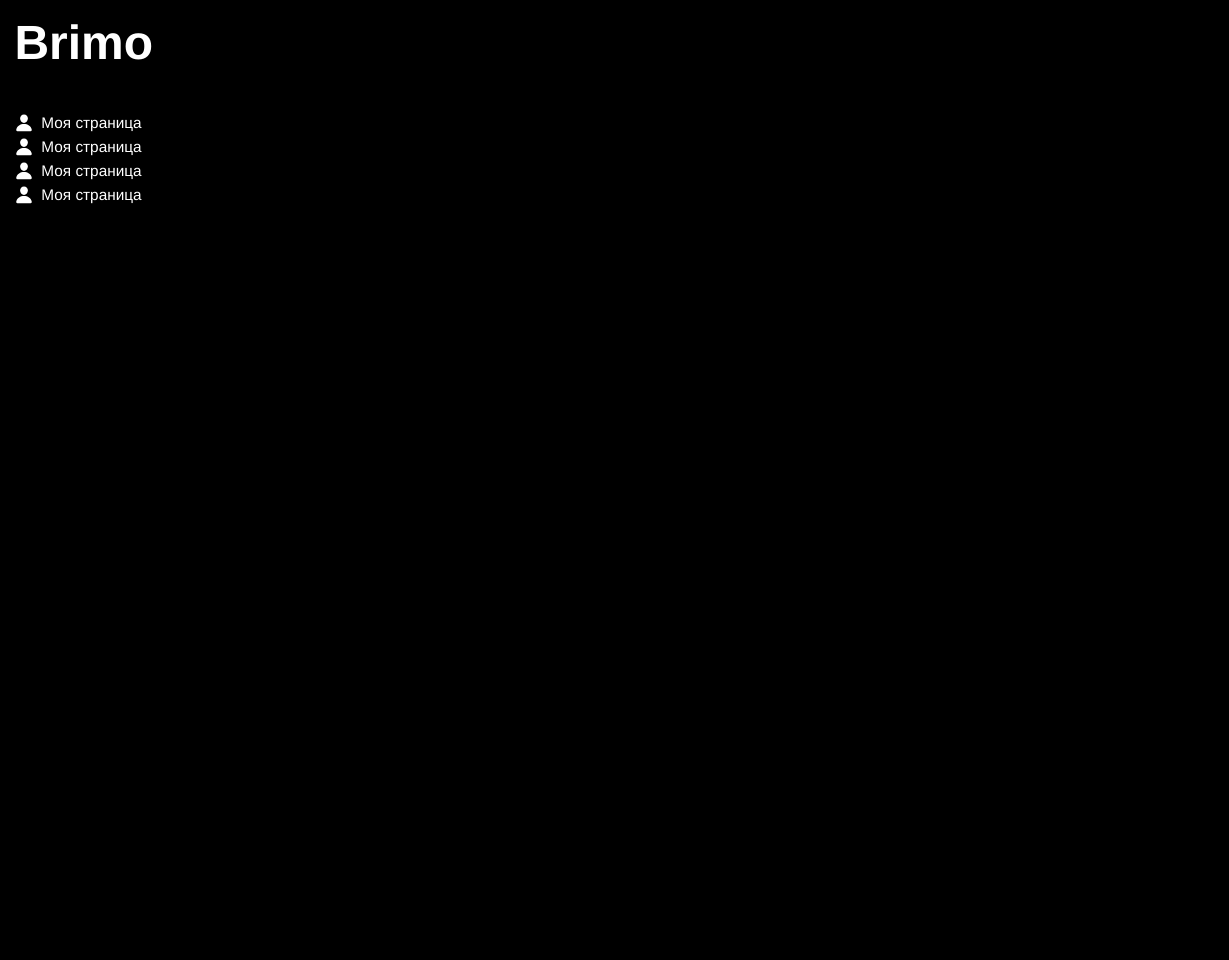
Repository: MaksimKrupkin/socialNetwork
Page: / (app in frontend/socialNetworkFrontend/)
An editor plug-in stored every save of this project. The page is shown before and after the next save, followed by the edit.
The browser window is 1280 px wide. The pictures show the whole page, at 96% of full size.
The project was rebuilt for these pictures with package versions that can differ from the ones it lists, and the page was loaded fresh each time. Also part of the build but not shown: frontend/socialNetworkFrontend/vite.config.js, frontend/socialNetworkFrontend/src/index.css.

Above is the page before, as saved 2024-11-27 19:38:05.

### frontend/socialNetworkFrontend/index.html
<!DOCTYPE html>
<html lang="en">
  <head>
    <meta charset="UTF-8" />
    <link rel="icon" type="image/svg+xml" href="/vite.svg" />
    <meta name="viewport" content="width=device-width, initial-scale=1.0" />
    <title>Brimo</title>
  </head>
  <body>
    <div id="root"></div>
    <script type="module" src="/src/main.jsx"></script>
  </body>
</html>

### frontend/socialNetworkFrontend/src/App.jsx
import './App.css';
import { Routes, Route } from 'react-router-dom';
import MainPage from './Pages/MainPage/MainPage';

function App() {
  return (
    <div>
      <Routes>
        <Route path="/" element={<MainPage />} />
      </Routes>
    </div>
  );
}

export default App;

### frontend/socialNetworkFrontend/src/Pages/MainPage/MainPage.jsx
import React from 'react';
import styles from './MainPage.module.scss';
import Navigation from '../../Components/Navigation/Navigation';

function MainPage() {
  return (
    <div className={styles.wrapper}>
      <header className={styles.header}>
        <div className={styles.logo}>Brimo</div>
      </header>
      <Navigation />
    </div>
  );
}
export default MainPage;

### frontend/socialNetworkFrontend/src/Pages/MainPage/MainPage.module.scss
.wrapper {
  margin: 0 auto;
  background-color: black;
  width: 100%;
  height: 1000px;
  color: white;
  font-weight: 700;
  font-family: 'Favorit Modern', 'Helvetica Neue', 'HelveticaNeue', Arial, Helvetica, sans-serif;
  .header {
    height: 100px;
    padding: 15px;
    .logo {
      font-size: 50px;
    }
  }
}

### frontend/socialNetworkFrontend/src/Components/Navigation/Navigation.jsx
import React from 'react';
import { IoPerson } from 'react-icons/io5';
import styles from './Navigation.module.scss';

const Navigation = () => {
  return (
    <div className={styles.wrapper}>
      <div className={styles.item}>
        <IoPerson fontSize={20} />
        <span className={styles.text}>Моя страница</span>
      </div>
      <div className={styles.item}>
        <IoPerson fontSize={20} />
        <span className={styles.text}>Моя страница</span>
      </div>

      <div className={styles.item}>
        <IoPerson fontSize={20} />
        <span className={styles.text}>Моя страница</span>
      </div>

      <div className={styles.item}>
        <IoPerson fontSize={20} />
        <span className={styles.text}>Моя страница</span>
      </div>
    </div>
  );
};

export default Navigation;

### frontend/socialNetworkFrontend/src/Components/Navigation/Navigation.module.scss
.wrapper {
  width: 25%;
  margin-top: 0px;
  padding: 15px;
  overflow-y: hidden;
}
.item {
  height: 25px;
  display: flex;
  align-items: center;
  justify-content: flex-start;
  gap: 8px;
}
.text {
  font-size: 16px;
  font-weight: 300;
}

Loaded but not shown: frontend/socialNetworkFrontend/src/main.jsx (common file); frontend/socialNetworkFrontend/src/App.css (common file)

After the next save:
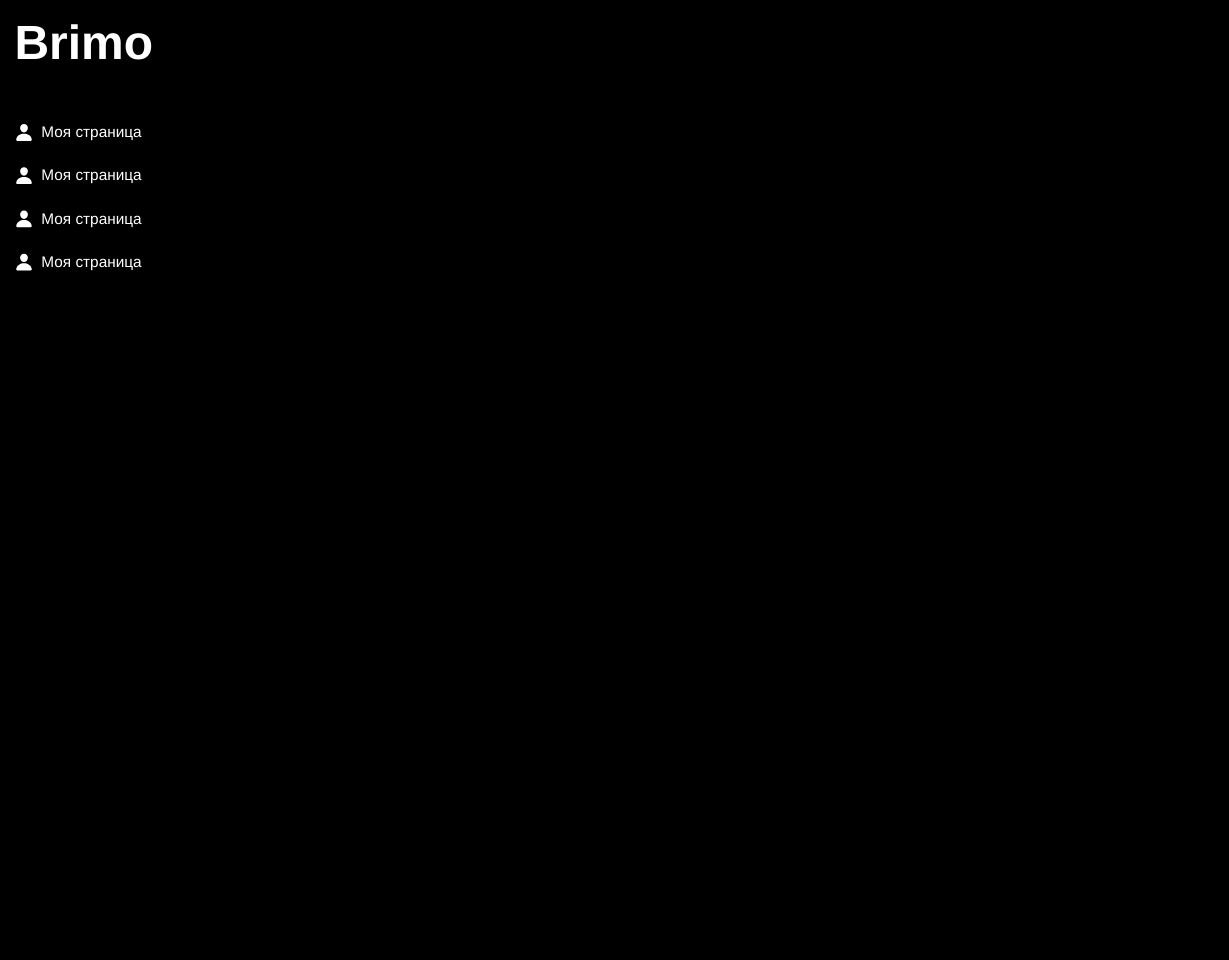
Saved 13 s later.
--- a/frontend/socialNetworkFrontend/src/Components/Navigation/Navigation.module.scss
+++ b/frontend/socialNetworkFrontend/src/Components/Navigation/Navigation.module.scss
@@ -5,7 +5,7 @@
   overflow-y: hidden;
 }
 .item {
-  height: 25px;
+  height: 45px;
   display: flex;
   align-items: center;
   justify-content: flex-start;
